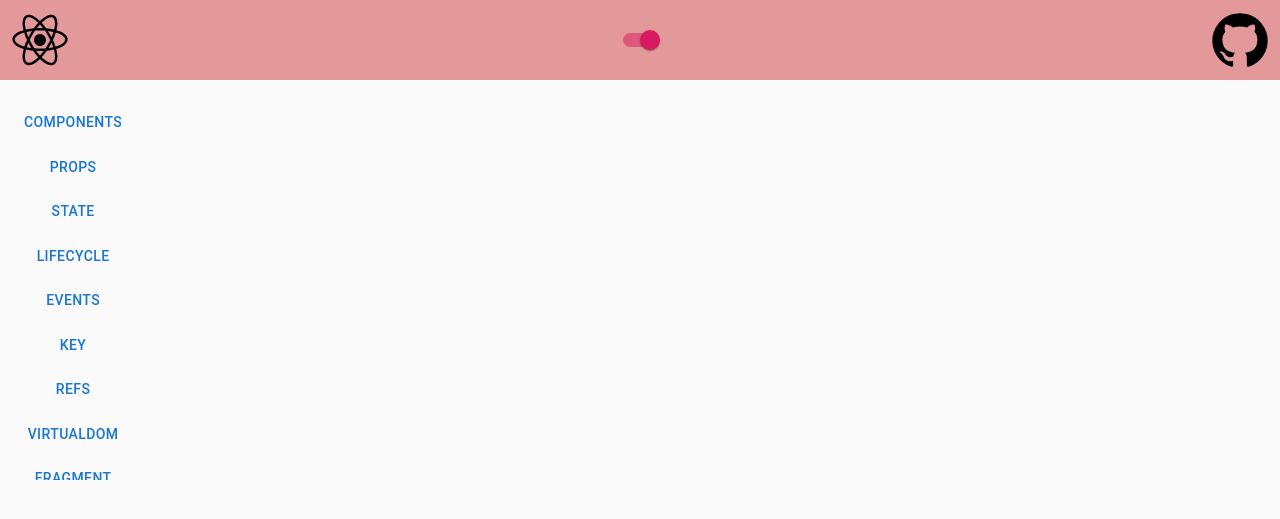
Repository: savannaaaas/reactDocumentation
Page: /topic
These files come from the project's save history. The page is drawn as it stood at one moment and after the next save; the edit follows.
The browser window is 1280 px wide. The pictures show the whole page.
The project was rebuilt for these pictures with package versions that can differ from the ones it lists, and the page was loaded fresh each time. Also part of the build but not shown: vite.config.js, src/pages/welcomePage/WelcomeButton/WelcomeButton.jsx, src/pages/welcomePage/Content/ContentWelcome.jsx, src/pages/welcomePage/WelcomePage.jsx, src/pages/componentPage/ComponentPage.jsx.

Above is the page before, as saved 2025-07-18 19:32:44.

After the next save:
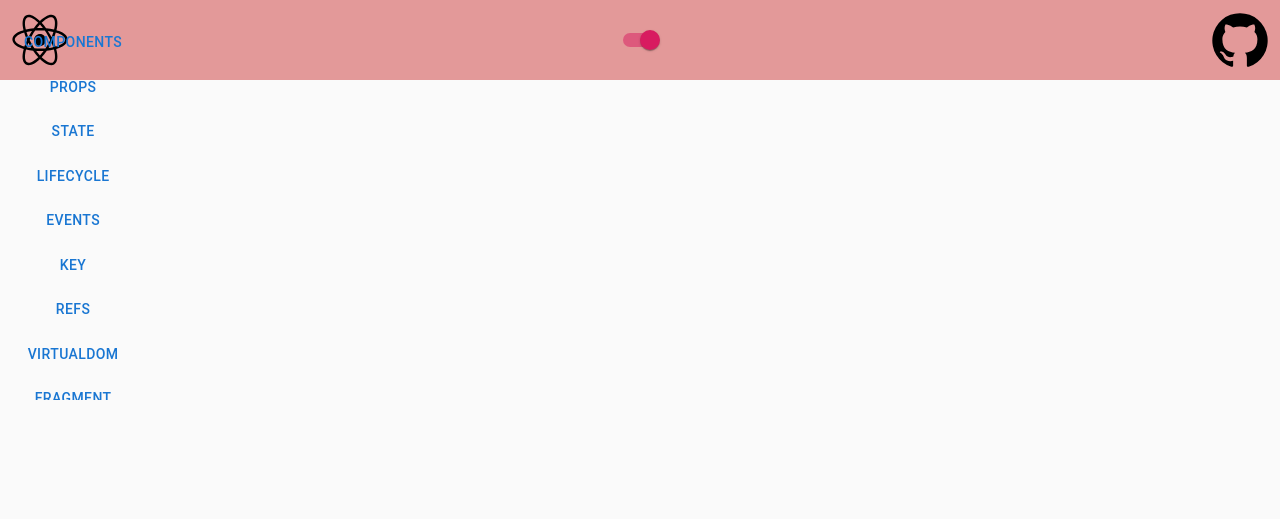
Saved 22 s later.
--- a/src/components/Navigation/Navigation.jsx
+++ b/src/components/Navigation/Navigation.jsx
@@ -6,7 +6,15 @@
 export const Navigation = () => {
   return (
     <Box
-      sx={{ maxHeight: "400px", overflowY: "auto", p: 2, position: "fixed" }}
+      sx={{
+        maxHeight: "400px",
+        overflowY: "auto",
+        p: 2,
+        position: "fixed",
+        height: "100vh",
+        top: 0,
+        left: 0,
+      }}
     >
       <List sx={{ display: "flex", flexDirection: "column", gap: 1 }}>
         <ListItem disablePadding>
